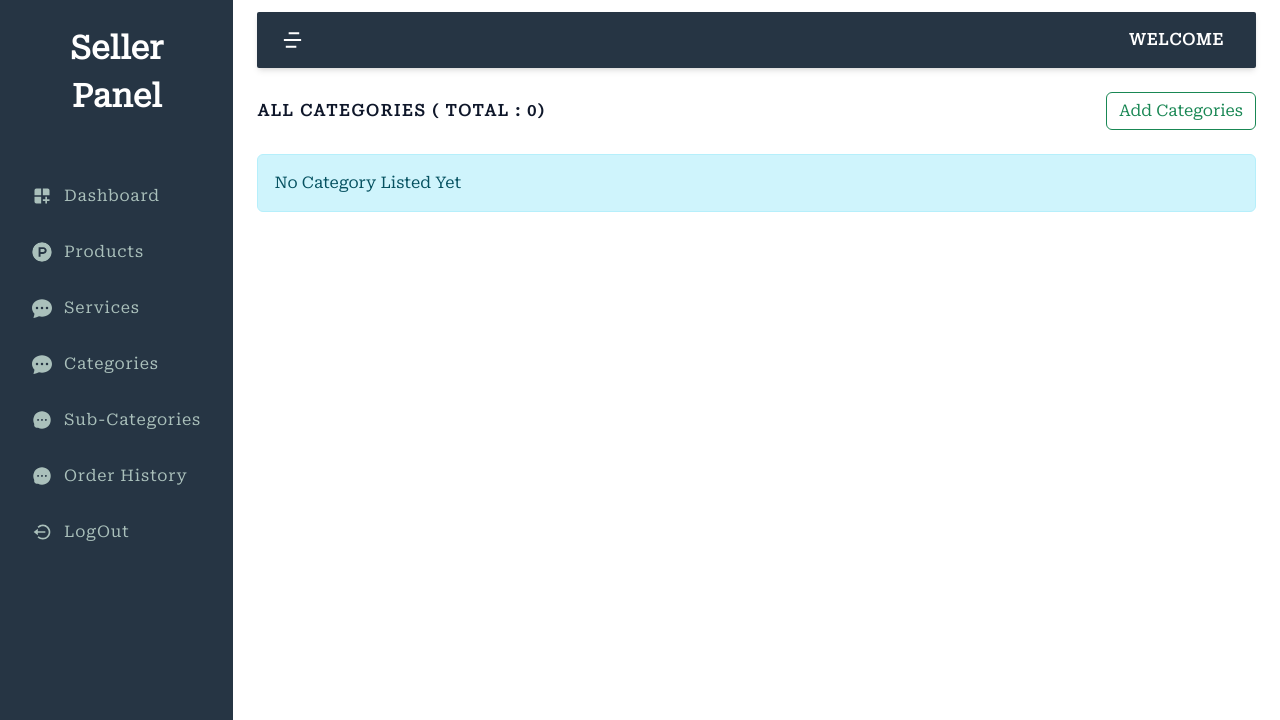
Repository: FlyweisReact/Arun-Chauhan
Page: /vendor/category
An editor plug-in stored every save of this project. The page is shown before and after a run of saves, followed by the edit.
The browser window is 1280 px wide. The pictures show the whole page.
The page's requests for data from a server got no answer. Some web libraries are served in a nearby version. The project was rebuilt for these pictures with package versions that can differ from the ones it lists, and the page was loaded fresh each time. No one was signed in, and anything a server would have sent is missing. Also part of the build but not shown: src/AdminPanel/layout/Navbar.jsx, src/AdminPanel/layout/Sidebar.jsx, src/AdminPanel/layout/HOC.jsx, src/AdminPanel/pages/Privacy.js, src/AdminPanel/pages/Category.js, src/AdminPanel/pages/FeedBack.js, src/AdminPanel/pages/TermsCon.js, src/AdminPanel/pages/HelpSupport.js and 24 more.

Above is the page before, as saved 2023-09-14 12:13:21.

### public/index.html
<!-- @format -->

<!DOCTYPE html>
<html lang="en">
  <head>
    <meta charset="utf-8" />
    <!-- <link rel="icon" href="%PUBLIC_URL%/favicon.png" /> -->
    <meta name="viewport" content="width=device-width, initial-scale=1" />
    <meta name="theme-color" content="#000000" />
    <meta
      name="description"
      content="Web site created using create-react-app"
    />
    <link rel="apple-touch-icon" href="%PUBLIC_URL%/favicon.ico?v=2" />



    <link rel="manifest" href="%PUBLIC_URL%/manifest.json" />
    <link rel="preconnect" href="https://fonts.googleapis.com">
    <link rel="preconnect" href="https://fonts.gstatic.com" crossorigin>
    <link href="https://fonts.googleapis.com/css2?family=Roboto+Serif&display=swap" rel="stylesheet">
    <title>Arun   Panel</title>
  </head>
  <body>
    <noscript>You need to enable JavaScript to run this app.</noscript>
    <div id="root"></div>
    <script src="https://code.jquery.com/jquery-3.6.0.min.js"></script>
    <script src="https://kit.fontawesome.com/b533b351e4.js" crossorigin="anonymous"></script>
  </body>
</html>

### src/index.js
import React from "react";
import ReactDOM from "react-dom/client";
import "./index.css";
import App from "./App";
import { BrowserRouter } from "react-router-dom";
import 'bootstrap/dist/css/bootstrap.min.css'

const root = ReactDOM.createRoot(document.getElementById("root"));
root.render(
  <React.StrictMode>
    <BrowserRouter>
      <App />
    </BrowserRouter>
  </React.StrictMode>
);

### src/index.css
/** @format */

@tailwind base;
@tailwind components;
@tailwind utilities;




body {
  margin: 0;
  font-family: 'Roboto Serif', serif  !important;
  -webkit-font-smoothing: antialiased;
  -moz-osx-font-smoothing: grayscale;
}

/* Wcomponents */
.wcomp::-webkit-scrollbar {
  width: 0px;
}
::-webkit-scrollbar {
  width: 0px;
}
::-webkit-scrollbar-track {
  background: #696f78;
}
/* Handle */
::-webkit-scrollbar-thumb {
  background: #b4b8bf;
}

.main-card--container {
  display: grid;
  grid-template-columns: repeat(3, minmax(300px, 500px));
  grid-gap: 50px;
  justify-content: space-around;
}
.card-container {
  margin: 25px 0 auto;
  position: relative;
  display: grid;
  grid-template-columns: 1fr;
  justify-content: space-around;
  align-items: flex-start;
}

.img-thumbnail {
  width: 80px;
}
.img-large {
  max-width: 80%;
}

.formInput {
  padding: 5px;
}

.BannerImg{
  display: grid;
  grid-template-columns: auto auto auto;
  margin: 20px;
  justify-content: space-evenly;
  text-align: center;
}
.BannerImg div{
  box-shadow: rgba(0, 0, 0, 0.35) 0px 5px 15px;
  padding: 10px;

}
.BannerImg img{
  width: 400px;
  height: 200px;
}


li{
  list-style: disc;
}
.carouselImages{
  width: 200px !important;
  height: 140px;
}
.Car{
  width: 200px !important;
}
.ColorImage{
  width: 100px !important;
}
.three-Sec{
  display: grid;
  justify-content: space-evenly;
  grid-template-columns: auto auto auto;
  text-align: center;
  color: black;

}
.three-Sec div{
  box-shadow: rgba(0, 0, 0, 0.35) 0px 5px 15px;
  margin-top: 40px;
  padding : 10px;
  width: 400px;
}
.three-Sec img{
  width: 100%;
  height: 300px;
}
.three-Sec p{
  font-size: 20px;
  font-weight: bold;
  margin: 0;
}
.three-Sec button{
  border: 1px solid #B80000;
  background-color: #ffff;
  color: #B80000;
  width: 100%;
  padding: 3px;
  margin-top: 10px;
  font-size: 20px;
  transition: 0.5s;
}

.three-Sec button:hover{
  background-color: #B80000;
  color: #ffff;
}
.bigCont{
  display: flex;
  gap: 10px;
}
.contP{
  border: 1px solid #2F308D;
  width: 48%;
  padding: 10px;
  color: #2F308D;
  transition: 0.5s;
  cursor: pointer;
}
.contP:hover {
  background-color: #2F308D;
  color: #fff;
}


.viewBtn{
  color: #014F75;
  border: 1px solid #014F75;
  outline: none;
  width: 50%;
  padding: 5px;
  font-size: 18px;
  transition: 0.5s;
}

.viewBtn:hover{

  background-color: #014F75;
  color: #fff;
}


.filterDate{
  color: black;
  display: flex;
  gap: 20px;
  margin-top: 20px;
  margin-bottom: 20px;
}

.filterDate input {
  border: 1px solid black;
  outline: none;
  padding: 5px;
}
.filterDate div{
  display: flex;
  gap: 10px;
  align-items:center ;
}
.filterDate div p{
  padding-top: 10px;
}

.filterDate button{
  color: #014F75;
  border: 1px solid #014F75;
  outline: none;
  width: 200px;
  font-size: 18px;
  transition: 0.5s;
}

.filterDate button:hover{
  background-color: #014F75;
  color: #fff;
}
.active{
  display: flex;
  gap: 20px;
margin-bottom: 20px;
}
.active button{
  border: 1px solid #659CCA;
  color: #659CCA;
  padding: 5px;
  width: 200px;
  transition: 0.5s;
  font-size: 20px;
}
.active button:hover{
  background-color: #659CCA;
  color: #fff;
}

.drop select{
  width: 100%;
  color:#fff;
  margin-bottom: 20px;
  border: 1px solid #659CCA;
  padding: 10px;
  outline: none;
  background-color: #659CCA;
}
.drop select option{
  background-color: #8FD1DF;
  border: 1px solid #8FD1DF;
}

.drop select option:hover{
  background-color: #8FD1DF  !important;
}

### src/App.js
/** @format */

import { Routes, Route } from "react-router-dom";
import { ToastContainer } from "react-toastify";
import "react-toastify/dist/ReactToastify.css";
import Privacy from "./AdminPanel/pages/Privacy";
import Offers from "./AdminPanel/pages/Category";
import FeedBack from "./AdminPanel/pages/FeedBack";
import TermsCon from "./AdminPanel/pages/TermsCon";
import HelpSupport from "./AdminPanel/pages/HelpSupport";
import OrderHistory from "./AdminPanel/pages/OrderHistory";
import Installar from "./AdminPanel/pages/Installar";
import Sellers from "./AdminPanel/pages/Sellers";
import Dashboard from "./AdminPanel/pages/Dashboard";
import Users from "./AdminPanel/pages/Users";
import Reviews from "./AdminPanel/pages/Reviews";
import Coupon from "./AdminPanel/pages/Coupon";
import Product from "./AdminPanel/pages/Product";
import About from "./AdminPanel/pages/About";
import Blogs from "./AdminPanel/pages/Blogs";
import Service from "./AdminPanel/pages/Service";
import Notification from "./AdminPanel/pages/Notification";
import SubCategory from "./AdminPanel/pages/SubCategory";
import Banner from "./AdminPanel/pages/Banner";
import Login from "./AdminPanel/Login";
import Transaction from "./AdminPanel/pages/Transaction";
import InstallerTransactions from "./AdminPanel/pages/InstallerTransactions";
import Vendorlogin from "./VendorPanel/Vendorlogin";
import VendorDashboard from "./VendorPanel/pages/VendorDashboard";
import VendorProducts from "./VendorPanel/pages/VendorProducts";
import VendorService from "./VendorPanel/pages/VendorService";
import VendorCategory from "./VendorPanel/pages/VendorCategory";
import VendorSubCategory from "./VendorPanel/pages/VendorSubCategory";
import VendorOrderHistory from "./VendorPanel/pages/VendorOrderHistory";
import SellerProduct from "./AdminPanel/pages/SellerProduct";

function App() {
  return (
    <>
      <ToastContainer />

      <Routes>
        {/* Admin Panel */}
        <Route path="/" element={<Login />} />
        <Route path="/dashboard" element={<Dashboard />} />
        <Route path="/users" element={<Users />} />
        <Route path="/sellers" element={<Sellers />} />
        <Route path="/products" element={<Product />} />
        <Route path="/coupon" element={<Coupon />} />
        <Route path="/about" element={<About />} />
        <Route path="/review" element={<Reviews />} />
        <Route path="/blogs" element={<Blogs />} />
        <Route path="/services" element={<Service />} />
        <Route path="/category" element={<Offers />} />
        <Route path="/notification" element={<Notification />} />
        <Route path="/sub-category" element={<SubCategory />} />
        <Route path="/banners" element={<Banner />} />
        <Route path="/order-history" element={<OrderHistory />} />
        <Route path="/installar" element={<Installar />} />
        <Route path="/feedBacks" element={<FeedBack />} />
        <Route path="/terms-condition" element={<TermsCon />} />
        <Route path="/helpSupport" element={<HelpSupport />} />
        <Route path="/privacy" element={<Privacy />} />
        <Route path="/transactions/:id" element={<Transaction />} />
        <Route path="/installer-transaction/:id" element={<InstallerTransactions />} />
        <Route path="/seller/products/:id" element={<SellerProduct />} />

        {/* Vendor Panel */}
        <Route path="/vendor/login" element={<Vendorlogin />} />
        <Route path="/vendor/dashboard" element={<VendorDashboard />} />
        <Route path="/vendor/products" element={<VendorProducts />} />
        <Route path="/vendor/service" element={<VendorService />} />
        <Route path="/vendor/category" element={<VendorCategory />} />
        <Route path="/vendor/sub-category" element={<VendorSubCategory />} />
        <Route path="/vendor/order-history" element={<VendorOrderHistory />} />
      </Routes>
    </>
  );
}

export default App;

### src/VendorPanel/pages/VendorCategory.js
/** @format */
import { Button, Modal, Form, Table, Alert } from "react-bootstrap";
import React, { useCallback, useEffect, useState } from "react";
import HOC from "../layout/HOC";
import axios from "axios";
import { toast } from "react-toastify";

const VendorCategory = () => {
  const [modalShow, setModalShow] = useState(false);
  const [data, setData] = useState([]);
  const sellorId = localStorage.getItem("vendorId");

  const fetchData = useCallback(async () => {
    try {
      const { data } = await axios.get(
        `https://arunchauhan-backend.vercel.app/api/category/seller/${sellorId}`
      );
      setData(data.data);
    } catch (e) {
      console.log(e);
    }
  }, [sellorId]);

  useEffect(() => {
    fetchData();
  }, [fetchData]);

  function MyVerticallyCenteredModal(props) {
    const [title, setTitle] = useState("");
    const [image, setImage] = useState("");

    const postHandler = async (e) => {
      e.preventDefault();

      let fd = new FormData();
      fd.append("category", title);
      fd.append("myField", image);
      fd.append("sellerId", sellorId);

      try {
        const { data } = await axios.post(
          "https://arunchauhan-backend.vercel.app/api/category",
          fd
        );
        console.log(data);
        fetchData();
        toast.success("Category Added");
        props.onHide();
      } catch (e) {
        console.log(e);
        toast.error(e.response.data.message);
      }
    };
    return (
      <Modal
        {...props}
        size="lg"
        aria-labelledby="contained-modal-title-vcenter"
        centered
      >
        <Modal.Header closeButton>
          <Modal.Title id="contained-modal-title-vcenter">
            Add Category
          </Modal.Title>
        </Modal.Header>
        <Modal.Body>
          <Form onSubmit={postHandler}>
            <Form.Group className="mb-3">
              <Form.Label>Image</Form.Label>
              <Form.Control
                type="file"
                onChange={(e) => setImage(e.target.files[0])}
              />
            </Form.Group>
            <Form.Group className="mb-3">
              <Form.Label>Title</Form.Label>
              <Form.Control
                type="text"
                onChange={(e) => setTitle(e.target.value)}
              />
            </Form.Group>
            <Button variant="outline-success" type="submit">
              Submit
            </Button>
          </Form>
        </Modal.Body>
        <Modal.Footer></Modal.Footer>
      </Modal>
    );
  }

  const deleteHandler = async (id) => {
    try {
      const { data } = await axios.delete(
        `https://arunchauhan-backend.vercel.app/api/category/${id}`
      );
      console.log(data);
      toast.success("Category Deleted");
      fetchData();
    } catch (e) {
      console.log(e);
      toast.error("Try again after some time::");
    }
  };

  return (
    <>
      <MyVerticallyCenteredModal
        show={modalShow}
        onHide={() => setModalShow(false)}
      />

      <section>
        <div className="pb-4 sticky top-0  w-full flex justify-between items-center bg-white">
          <span className="tracking-widest text-slate-900 font-semibold uppercase ">
            All Categories ( Total : {data === null ? "0" : data?.length})
          </span>
          <Button
            variant="outline-success"
            onClick={() => {
              setModalShow(true);
            }}
          >
            Add Categories
          </Button>
        </div>

        {data?.length === 0 ? (
          <Alert variant="info">No Category Listed Yet</Alert>
        ) : (
          <div style={{ maxWidth: "100%", overflow: "auto" }}>
            <Table striped bordered hover>
              <thead>
                <tr>
                  <th> SN0. </th>
                  <th> Image</th>
                  <th> Title</th>
                  <th>Action</th>
                </tr>
              </thead>
              <tbody>
                {data?.map((i, index) => (
                  <tr key={index}>
                    <td> {index + 1} </td>
                    <td>
                      <img
                        src={i.categoryImg?.url}
                        alt={i.category}
                        style={{ width: "100px" }}
                      />
                    </td>
                    <td> {i.category} </td>
                    <td>
                      <i
                        className="fa-solid fa-trash"
                        style={{ color: "red", cursor: "pointer" }}
                        onClick={() => deleteHandler(i._id)}
                      ></i>
                    </td>
                  </tr>
                ))}
              </tbody>
            </Table>
          </div>
        )}
      </section>
    </>
  );
};

export default HOC(VendorCategory);

### src/VendorPanel/layout/HOC.jsx
import React, { useState } from "react";
import Navbar from "./Navbar";
import Sidebar from "./Sidebar";

const HOC = (Wcomponenet) => {
  return function Component() {
    const [hamb, setHamb] = useState(false);
    return (
      <>
        <section className="flex overflow-x-hidden relative">
          {/* Sidebar */}
          <div
            className={
              hamb
                ? " absolute top-0 z-30 md:w-auto shadow-md bg-slate-200  w-60 transition-all md:-left-full left duration-150  h-auto overflow-y-auto  left-0 "
                : " md:w-72 z-30 bg-slate-200  shadow-md  md:static absolute top-0 -left-full   transition-all duration-150  overflow-y-auto h-auto"
            }
          >
            <Sidebar hamb={hamb} setHamb={setHamb} />
          </div>
          {/* Components & Navbar */}
          <div
            className={
              hamb
                ? " transition-all px-4 py-2  bg-white duration-150 w-full h-screen"
                : " w-full h-screen  px-4 py-2  bg-white z-50 transition-all duration-150 "
            }
          >
            <Navbar hamb={hamb} setHamb={setHamb} />
            <div className="my-6 text-white h-[87%] wcomp overflow-y-auto">
              <Wcomponenet />
            </div>
          </div>
        </section>
      </>
    );
  };
};

export default HOC;

### src/VendorPanel/layout/Navbar.jsx
/** @format */

import { RiMenu4Line } from "react-icons/ri";

const Navbar = ({ hamb, setHamb }) => {

  return (
    <>

      <div
        className={
          hamb
            ? "flex  w-full justify-between  my-1 rounded-sm  p-4 py-3 shadow-md items-center  bg-slate-200 space-x-4"
            : "flex  w-full justify-between my-1 rounded-sm  p-4 py-3 shadow-md items-center  bg-slate-200 space-x-4"
        }
        style={{   backgroundColor: "#263544", color : "#fff"}}
      >
        <RiMenu4Line
          onClick={() => setHamb(!hamb)}
          className="text-2xl font-bold text-#fff-900 hover:scale-90 cursor-pointer"
        />

        <section className="flex sm:ml-auto justify-end sm:w-full items-center space-x-2  pr-2">
          <figcaption className="tracking-wider pl-1 font-semibold">
            <div className="lg:text-base text-sm text-#fff-900  uppercase" >
              Welcome
            </div>
          </figcaption>
        </section>


      </div>
    </>
  );
};

export default Navbar;

### src/VendorPanel/layout/Sidebar.jsx
/** @format */

import React from "react";
import { RiCloseLine } from "react-icons/ri";
import { Link, useNavigate } from "react-router-dom";
import { BiLogOutCircle  } from "react-icons/bi";
import { MdDashboardCustomize } from "react-icons/md";
import { BsFillChatDotsFill } from "react-icons/bs";
import { AiFillMessage } from "react-icons/ai";
import {FaProductHunt } from 'react-icons/fa'


const Sidebar = ({ hamb, setHamb }) => {
  const navigate = useNavigate();

  const nav = [
    {
      icon: <MdDashboardCustomize className="text-xl mr-3 rounded-full " />,
      link: "/vendor/dashboard",
      name: "Dashboard",
    },
    {
      icon: <FaProductHunt className="text-xl mr-3 rounded-full " />,
      link: "/vendor/products",
      name: "Products",
    },
    {
      icon: <BsFillChatDotsFill className="text-xl mr-3" />,
      link: "/vendor/service",
      name: "Services",
    },
    {
      icon: <BsFillChatDotsFill className="text-xl mr-3" />,
      link: "/vendor/category",
      name: "Categories",
    },

    {
      icon: <AiFillMessage className="text-xl mr-3 rounded-full " />,
      link: "/vendor/sub-category",
      name: "Sub-Categories",
    },
    {
      icon: <AiFillMessage className="text-xl mr-3 rounded-full " />,
      link: "/vendor/order-history",
      name: "Order History",
    },
  ];

  const logOut = () => {
 localStorage.clear()
  navigate("/vendor/login");
  };

  return (
    <>
      <div className="p-4 h-auto"   style={{
          backgroundColor: "#263544",
          minHeight : '100vh'
        }}>
        {/* Top */}
        <div className="w-full md:hidden relative  p-2 mb-4">
          <RiCloseLine
            onClick={() => setHamb(!hamb)}
            className="text-3xl  absolute top-2 sm:hover:rotate-[228deg] transition-transform font-bold right-2 sm:hover:text-[22px] text-[rgb(241,146,46)] cursor-pointer"
          />
        </div>
        {/* Logo */}
        <figure className="flex  flex-col items-center">
        <span
            className="font-bold text-[rgb(241,146,46)]"
            style={{ fontSize: "2rem", textAlign: "center", color: "#fff" }}
          >
            Seller Panel
          </span>
        </figure>
        {/* Nav-menu */}
        <nav className="py-6">
          {nav.map((nav) => {
            return (
              <Link to={nav.link} key={nav.name} className="" style={{textDecoration : 'none'}}>
                <span className="flex my-3 items-center cursor-pointer    tracking-wider p-2 rounded-sm"  style={{ color: "#aac0bb"  , textDecoration : 'none'}}>
                  {nav.icon} {nav.name}
                </span>
              </Link>
            );
          })}
          <span
            className="flex my-3 items-center cursor-pointer   tracking-wider p-2 rounded-sm"
            onClick={() => logOut()}
            style={{ color: "#aac0bb" }}
          >
            <BiLogOutCircle className="text-xl mr-3 rounded-full " /> LogOut
          </span>
        </nav>
      </div>
    </>
  );
};

export default Sidebar;

Loaded but not shown: tailwind.config.js (common file)

After the next 4 saves:
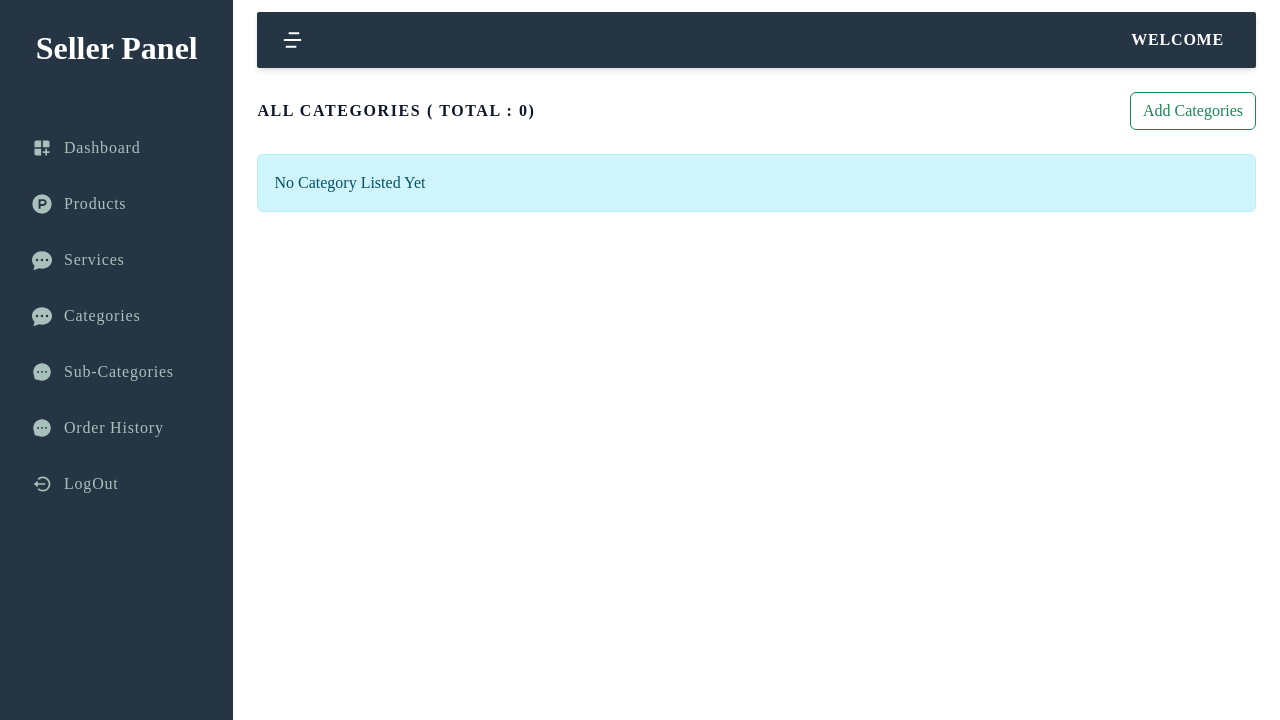
The 4 saves are shown as one change because they came seconds apart.
The last was saved 3 min 3 s later.
--- a/public/index.html
+++ b/public/index.html
@@ -4,7 +4,6 @@
 <html lang="en">
   <head>
     <meta charset="utf-8" />
-    <!-- <link rel="icon" href="%PUBLIC_URL%/favicon.png" /> -->
     <meta name="viewport" content="width=device-width, initial-scale=1" />
     <meta name="theme-color" content="#000000" />
     <meta
@@ -12,19 +11,19 @@
       content="Web site created using create-react-app"
     />
     <link rel="apple-touch-icon" href="%PUBLIC_URL%/favicon.ico?v=2" />
-
-
-
     <link rel="manifest" href="%PUBLIC_URL%/manifest.json" />
     <link rel="preconnect" href="https://fonts.googleapis.com">
-    <link rel="preconnect" href="https://fonts.gstatic.com" crossorigin>
-    <link href="https://fonts.googleapis.com/css2?family=Roboto+Serif&display=swap" rel="stylesheet">
-    <title>Arun   Panel</title>
+<link rel="preconnect" href="https://fonts.gstatic.com" crossorigin>
+<link href="https://fonts.googleapis.com/css2?family=Quicksand&display=swap" rel="stylesheet">
+    <title>Arun Panel</title>
   </head>
   <body>
     <noscript>You need to enable JavaScript to run this app.</noscript>
     <div id="root"></div>
     <script src="https://code.jquery.com/jquery-3.6.0.min.js"></script>
-    <script src="https://kit.fontawesome.com/b533b351e4.js" crossorigin="anonymous"></script>
+    <script
+      src="https://kit.fontawesome.com/b533b351e4.js"
+      crossorigin="anonymous"
+    ></script>
   </body>
 </html>
